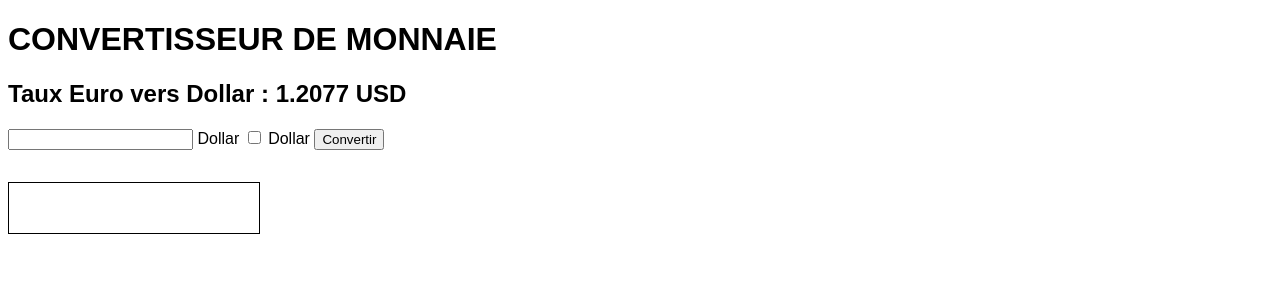
Repository: techmindconsulting/wordshiop-js
Page: index.html
An editor plug-in stored every save of this project. The page is shown before and after the next save, followed by the edit.
The browser window is 1280 px wide. The pictures show the whole page.

Above is the page before, as saved 2021-01-17 13:15:31.

After the next save:
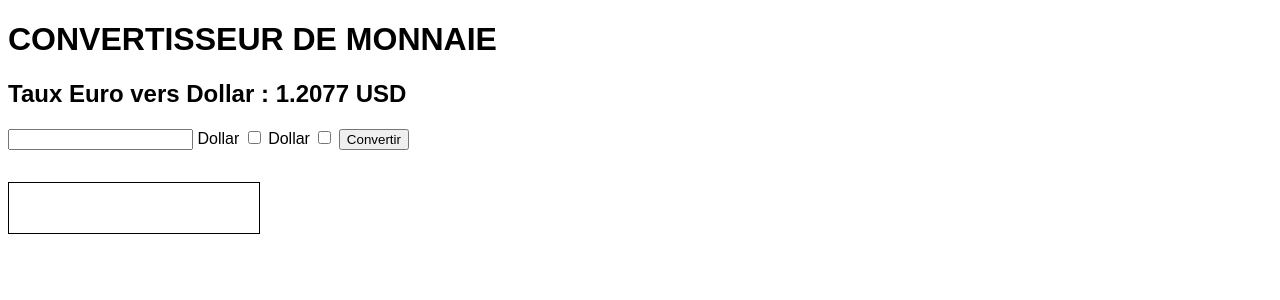
Saved 5 s later.
--- a/index.html
+++ b/index.html
@@ -24,6 +24,7 @@
     <label for="amount">Dollar</label>
     <input type="checkbox" id="dollar" name="currency">
     <label for="dollar">Dollar</label>
+    <input type="checkbox" id="dollar" name="currency">
 
     <input type="button" value="Convertir" onClick=convertir()>
     <p id="resultat"></p>
